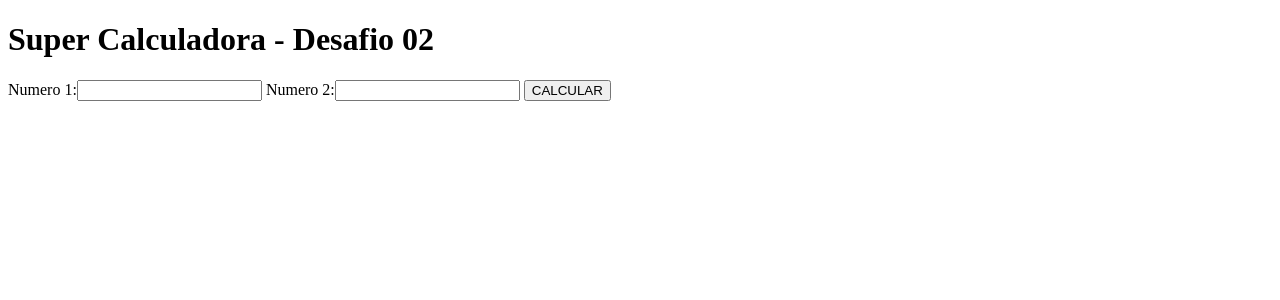
Repository: rrresck/supercalc-xpe
Page: index.html
The author's editor kept a copy of each file at every save. The page is drawn from the files as they stood at one save, then again after the next save.
The browser window is 1280 px wide. The pictures show the whole page.

Above is the page before, as saved 2023-02-10 18:59:20.

### index.html
<!DOCTYPE html>
<html lang="pt_BR">
<head>
    <meta charset="UTF-8">
    <meta http-equiv="X-UA-Compatible" content="IE=edge">
    <meta name="viewport" content="width=device-width, initial-scale=1.0">
    <title>Super Calculadora XP Educação</title>
</head>
<body>
    <h1>Super Calculadora - Desafio 02</h1>
  Numero 1:<input id="num1" type="number" />
  Numero 2:<input id="num2" type="number" />
  <button>CALCULAR</button>
</body>
</html>

After the next save:
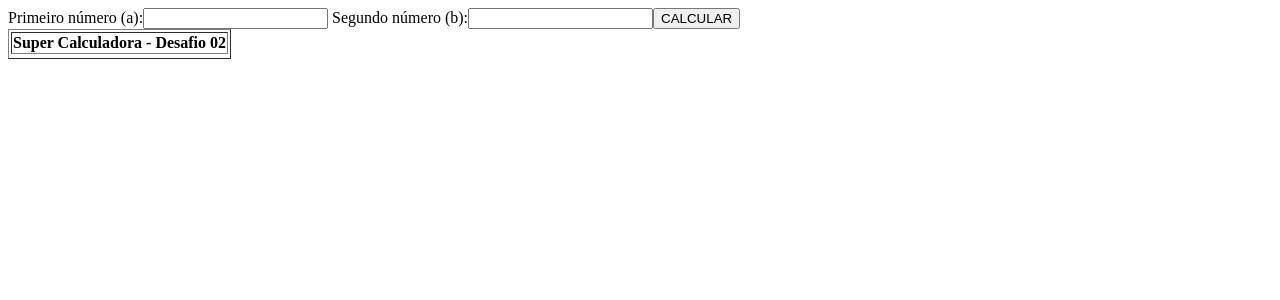
Saved 5 min 58 s later.
--- a/index.html
+++ b/index.html
@@ -7,9 +7,16 @@
     <title>Super Calculadora XP Educação</title>
 </head>
 <body>
-    <h1>Super Calculadora - Desafio 02</h1>
-  Numero 1:<input id="num1" type="number" />
-  Numero 2:<input id="num2" type="number" />
+    <table border="1">
+        <tr>
+            <th class="title">Super Calculadora - Desafio 02</th>
+        </tr>
+        <tr>
+  Primeiro número (a):<input id="a" type="number" />
+  Segundo número (b):<input id="b" type="number" />
   <button>CALCULAR</button>
+        </tr>
+
+</table>
 </body>
 </html>
